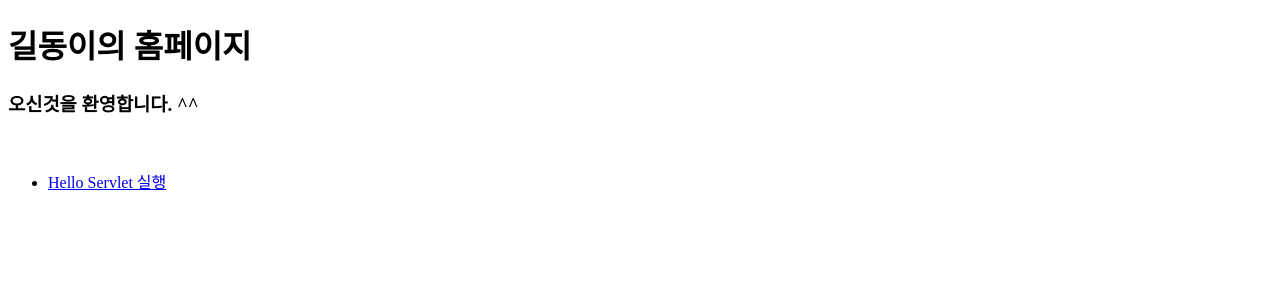
Repository: Parkdolodong/Backend
Page: http://localhost/jsp_servlet_ex01/
An editor plug-in stored every save of this project. The page is shown before and after the next save, followed by the edit.
The browser window is 1280 px wide. The pictures show the whole page.
The page is served by Tomcat 9. Other server files are loaded and not shown.

Above is the page before, as saved 2023-02-27 02:27:18.

### jsp_servlet/jsp_servlet_ex01/webapp/index.jsp
<%@ page language="java" contentType="text/html; charset=UTF-8"
    pageEncoding="UTF-8"%>
<!DOCTYPE html>
<html>
<head>
<meta charset="UTF-8">
<title>Insert title here</title>
</head>
<body>
	<h1>길동이의 홈페이지</h1>
	<h3>오신것을 환영합니다. ^^</h3>
	<br/>
	<ul>
		<li><a href="hello">Hello Servlet 실행</a></li>
	</ul>
	<!--
	[JSP에서 젠코딩 가능하게 하려면]
	1. marketplace에서 emmet 검색 및 설치
	2. 이클립스 Window > preferences에서 emmet 설정에 .jsp 확장자 추가
	-->
</body>
</html>

After the next save:
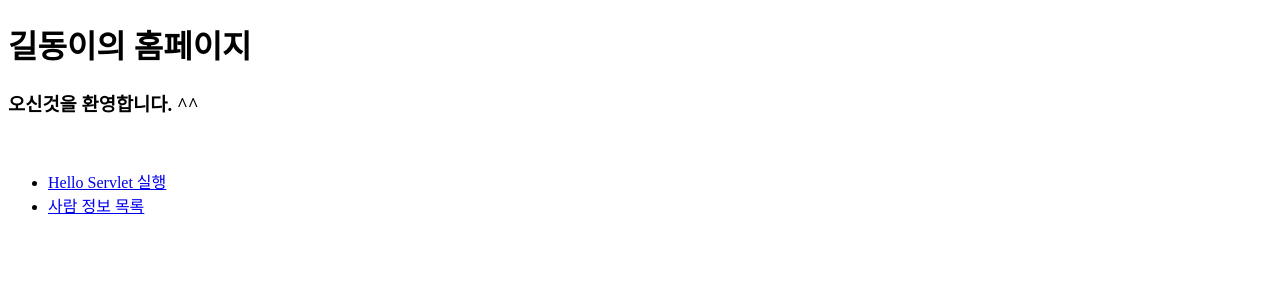
Saved 2 min 0 s later.
--- a/jsp_servlet/jsp_servlet_ex01/webapp/index.jsp
+++ b/jsp_servlet/jsp_servlet_ex01/webapp/index.jsp
@@ -12,6 +12,7 @@
 	<br/>
 	<ul>
 		<li><a href="hello">Hello Servlet 실행</a></li>
+		<li><a href="list.saram">사람 정보 목록</a></li>
 	</ul>
 	<!--
 	[JSP에서 젠코딩 가능하게 하려면]
